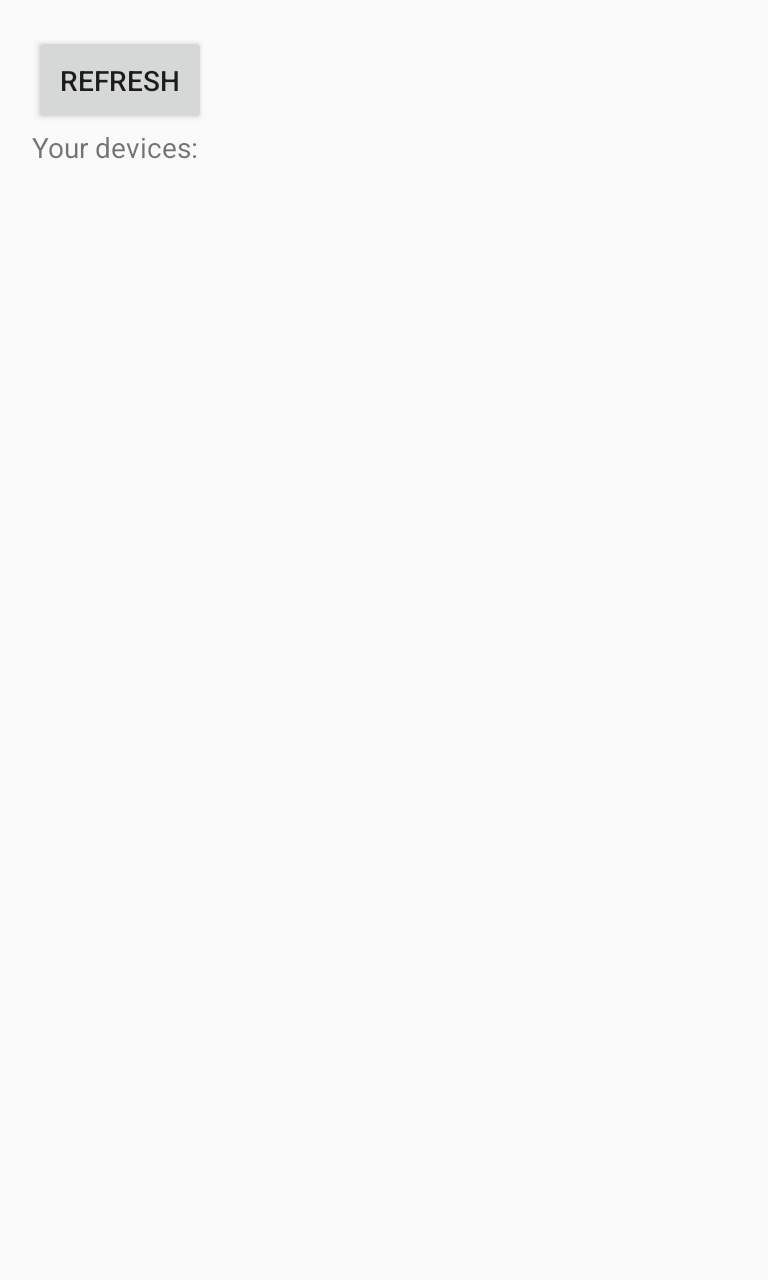
Repository: mariusz-pazur/android
Layout: HomeAtionClient/res/layout/fragment_remote_devices.xml
The author's editor kept a copy of each file at every save. The layout is drawn from the files as they stood at one save, then again after the next save.
It is drawn on a 768 x 1280 px phone screen (xhdpi) without system bars, with theme AppTheme; the app's code is not run. Lists and similar views that code fills are empty.

Above is the layout before, as saved 2014-06-06 11:22:37.

After the next save:
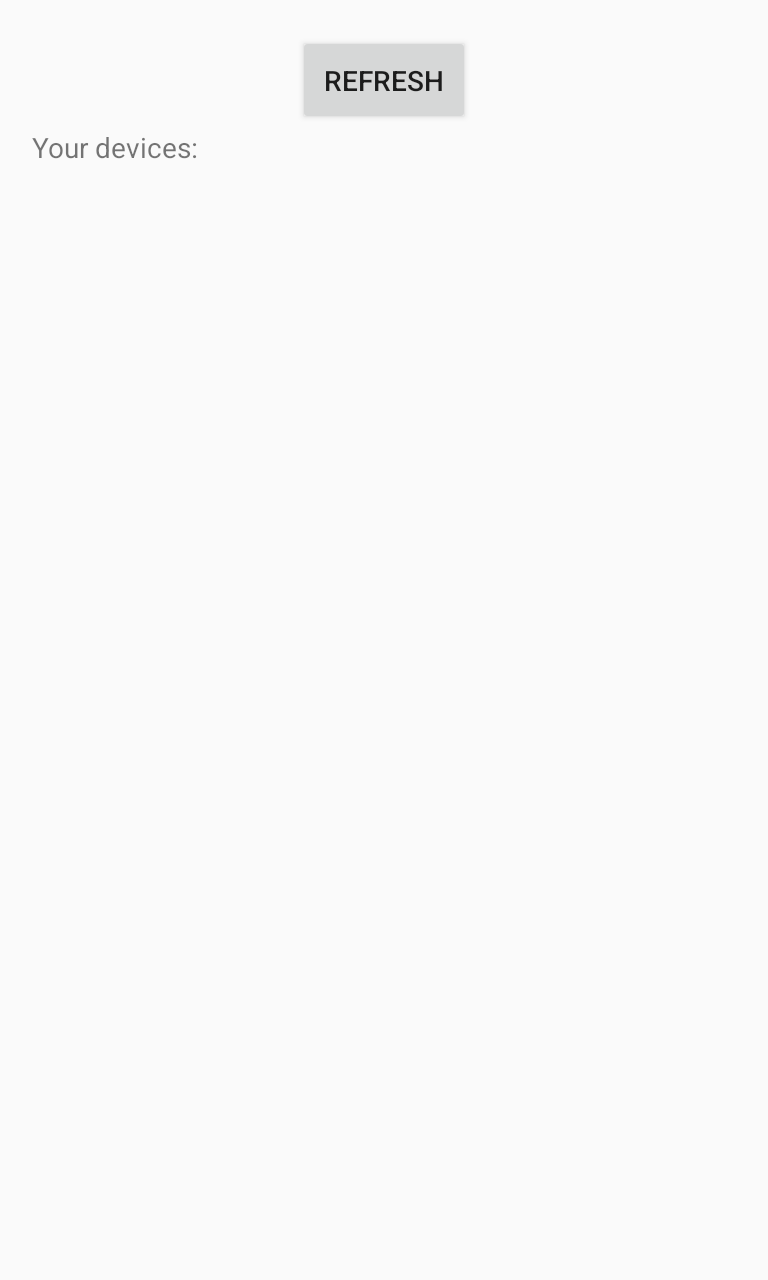
Saved 50 s later.
--- a/HomeAtionClient/res/layout/fragment_remote_devices.xml
+++ b/HomeAtionClient/res/layout/fragment_remote_devices.xml
@@ -13,6 +13,7 @@
         android:layout_width="wrap_content"
         android:layout_height="wrap_content"
         android:layout_alignParentTop="true"
+        android:layout_centerHorizontal="true"
         android:text="@string/button_refreshdevices" />
 
     <TextView
